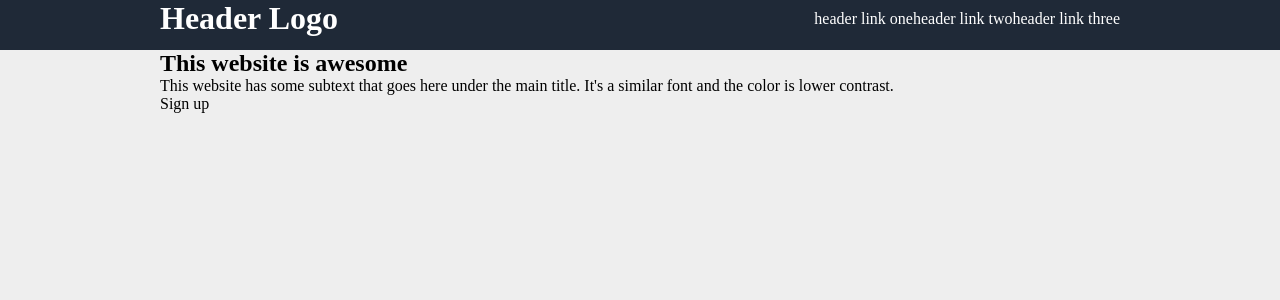
Repository: Pafestivo/Dummy-Landing-Page
Page: index.html
An editor plug-in stored every save of this project. The page is shown before and after the next save, followed by the edit.
The browser window is 1280 px wide. The pictures show the whole page.

Above is the page before, as saved 2022-09-26 17:45:01.

After the next save:
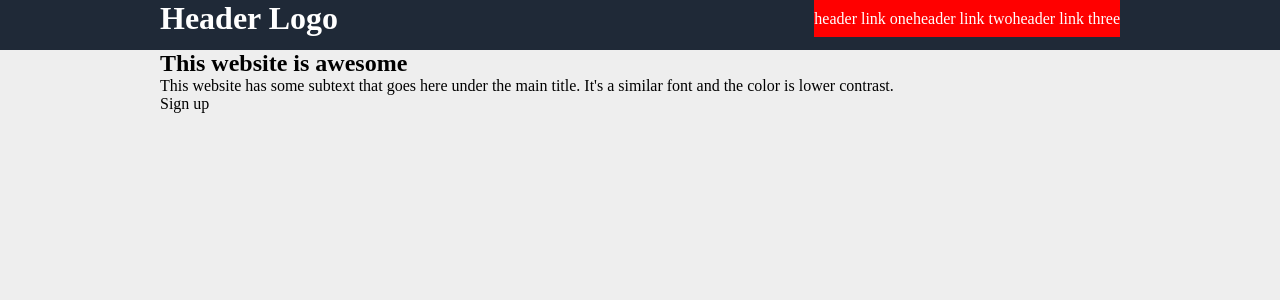
Saved 11 s later.
--- a/styles.css
+++ b/styles.css
@@ -34,5 +34,6 @@ header .container {
 header nav {
   display: flex;
   align-items: center;
+  background-color: red;
 }
 /* End head area  */
